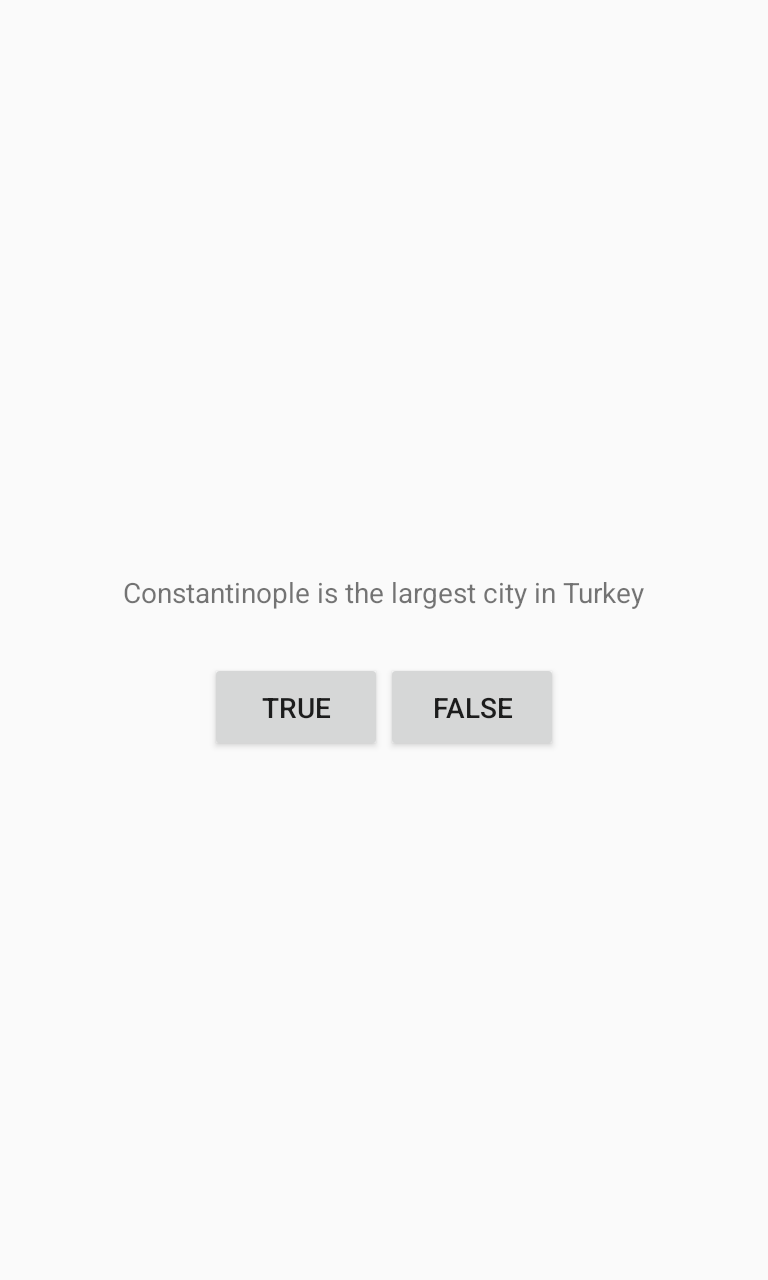
Repository: DaleJulian/AndroidTraining
Layout: GeoQuiz/res/layout/activity_quiz.xml
An editor plug-in stored every save of this project. The layout is shown before and after the next save, followed by the edit.
It is drawn on a 768 x 1280 px phone screen (xhdpi) without system bars, with theme AppTheme; the app's code is not run.

Above is the layout before, as saved 2015-05-25 04:45:25.

### GeoQuiz/res/layout/activity_quiz.xml
<LinearLayout xmlns:android="http://schemas.android.com/apk/res/android"
	android:layout_width="match_parent"
	android:layout_height="match_parent"
	android:gravity="center"
	android:orientation="vertical" >
	<TextView
		android:layout_width="wrap_content"
		android:layout_height="wrap_content"
		android:padding="24dp"
		android:text="@string/question_text" />
	<LinearLayout
		android:layout_width="wrap_content"
		android:layout_height="wrap_content"
		android:orientation="horizontal" >
		<Button
		android:layout_width="wrap_content"
		android:layout_height="wrap_content"
		android:text="@string/button_true" />
		<Button
		android:layout_width="wrap_content"
		android:layout_height="wrap_content"
		android:text="@string/button_false" />
	</LinearLayout>
</LinearLayout>

### GeoQuiz/res/values/strings.xml
<?xml version="1.0" encoding="utf-8"?>
<resources>

    <string name="app_name">GeoQuiz</string>
    <string name="question_text">Constantinople is the largest city in Turkey</string>
    <string name="button_true">True</string>
    <string name="button_false">False</string>
    <string name="action_settings">Settings</string>

</resources>

Loaded but not shown: GeoQuiz/res/values/styles.xml (common file); GeoQuiz/res/values-v11/styles.xml (common file); GeoQuiz/res/values-v14/styles.xml (common file)

After the next save:
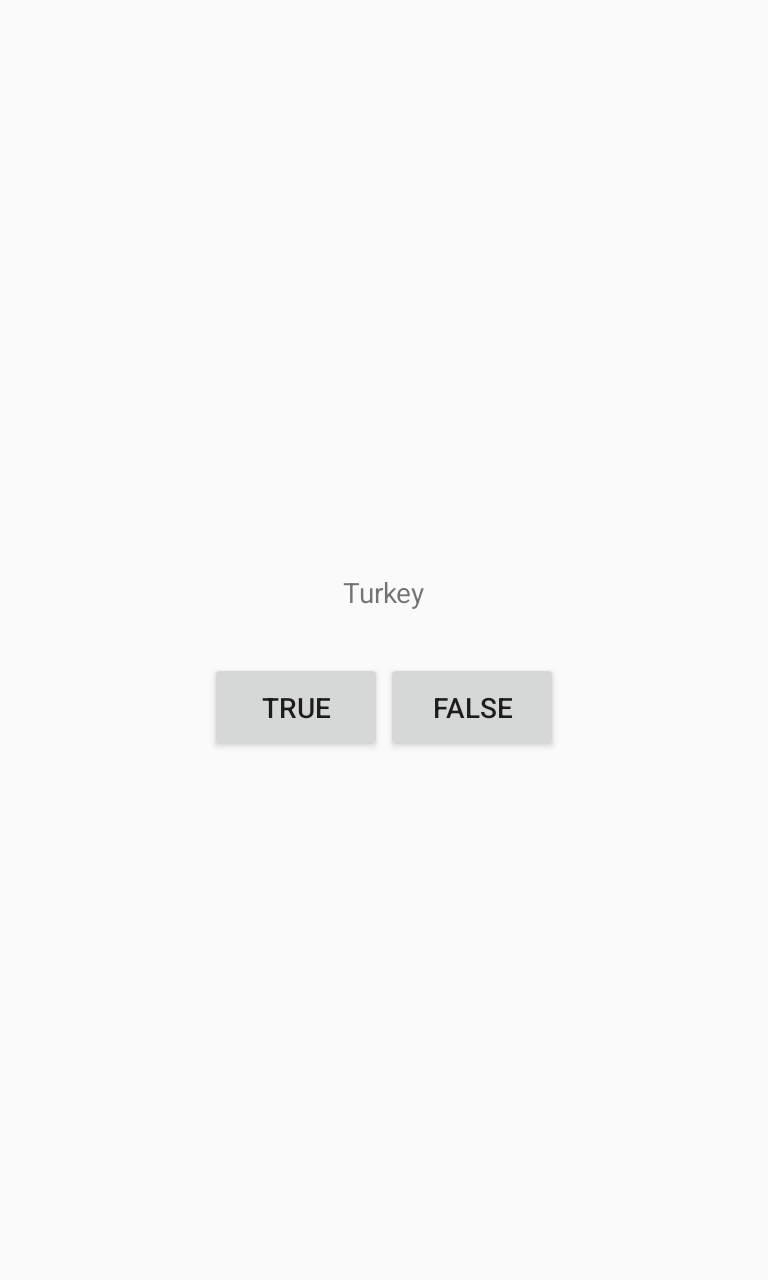
Saved 5 s later.
--- a/GeoQuiz/res/values/strings.xml
+++ b/GeoQuiz/res/values/strings.xml
@@ -2,7 +2,7 @@
 <resources>
 
     <string name="app_name">GeoQuiz</string>
-    <string name="question_text">Constantinople is the largest city in Turkey</string>
+    <string name="question_text">Turkey</string>
     <string name="button_true">True</string>
     <string name="button_false">False</string>
     <string name="action_settings">Settings</string>
